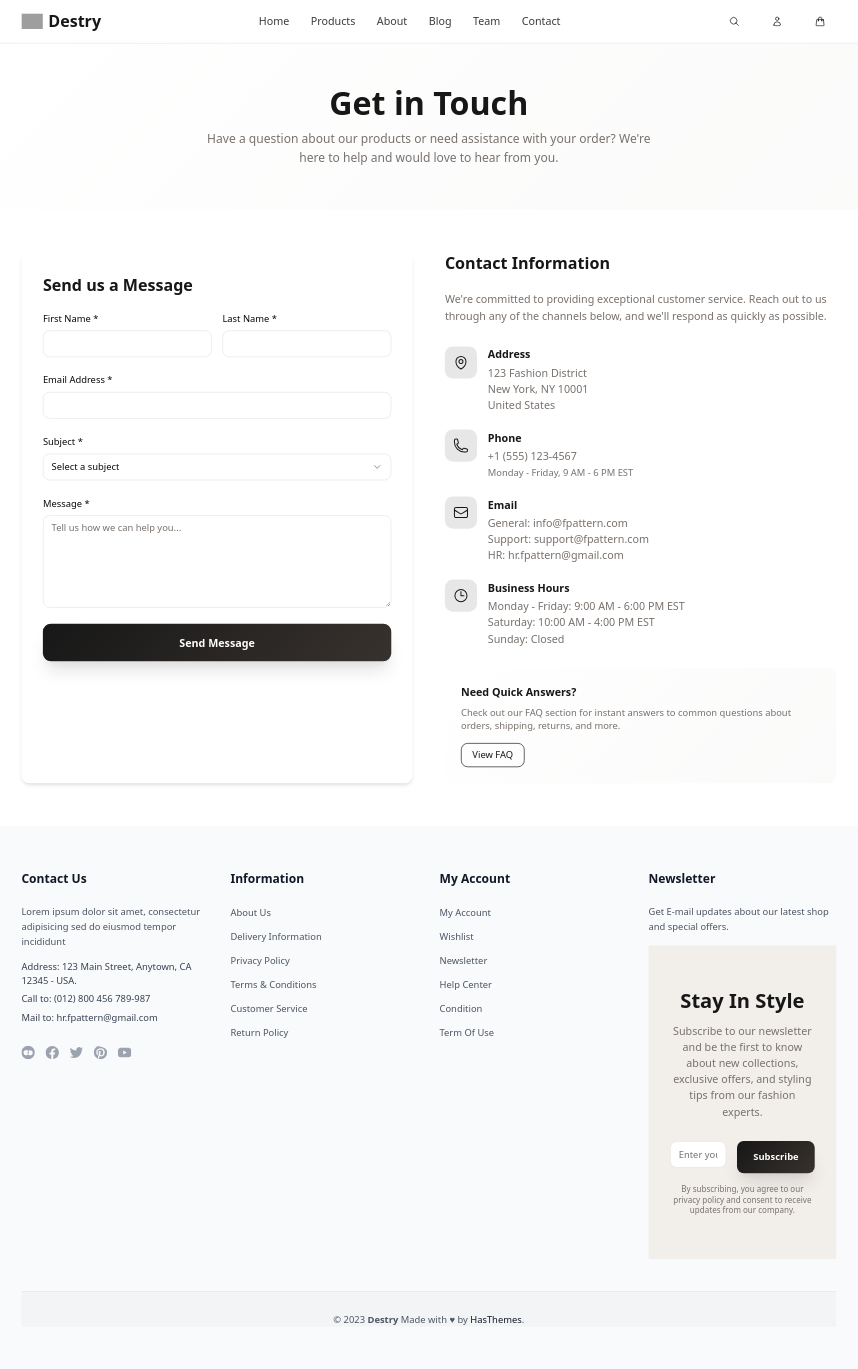
Repository: Fpattern-25/Ecommerce-Cloth-website
Page: /contact
An editor plug-in stored every save of this project. The page is shown before and after the next save, followed by the edit.
The browser window is 1280 px wide. The pictures show the whole page, at 67% of full size.
Pictures or frames that could not be fetched are drawn as grey boxes. The project was rebuilt for these pictures with package versions that can differ from the ones it lists, and the page was loaded fresh each time. Also part of the build but not shown: vite.config.ts, src/components/ui/tooltip.tsx, src/components/ui/badge.tsx, src/components/ProductCard.tsx, src/components/ProductGrid.tsx, src/data/products.ts, src/pages/Home.tsx, src/pages/Products.tsx and 27 more.

Above is the page before, as saved 2025-08-06 10:45:33.

After the next save:
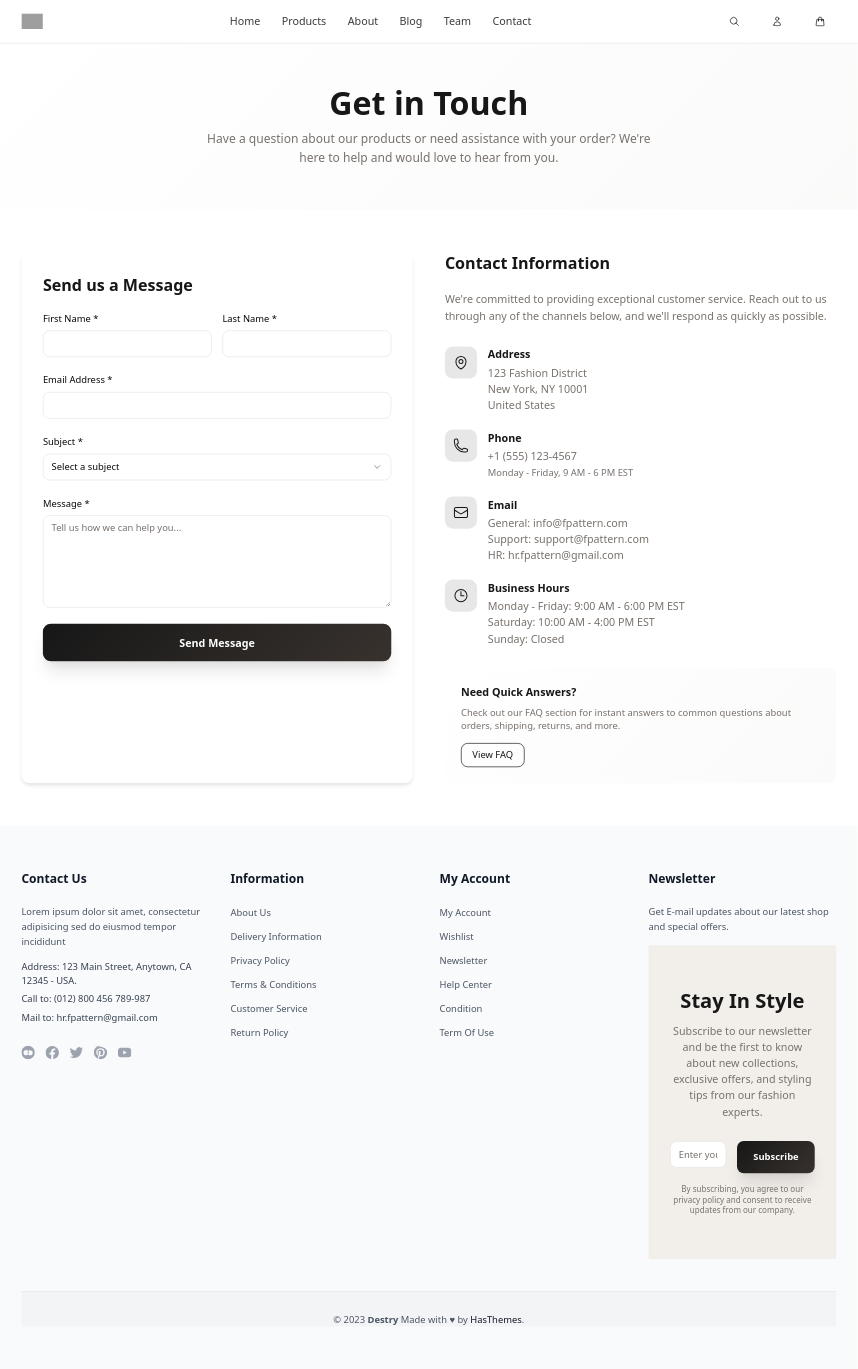
Saved 6 s later.
--- a/src/components/layout/Header.tsx
+++ b/src/components/layout/Header.tsx
@@ -40,7 +40,7 @@ export function Header() {
             alt="Kamble Collection Logo"
             className="h-8 w-8 object-contain"
           />
-          <span className="text-2xl font-bold text-brand-primary">Destry</span>
+          {/* <span className="text-2xl font-bold text-brand-primary">Destry</span> */}
         </Link>
 
         {/* Desktop Navigation */}
